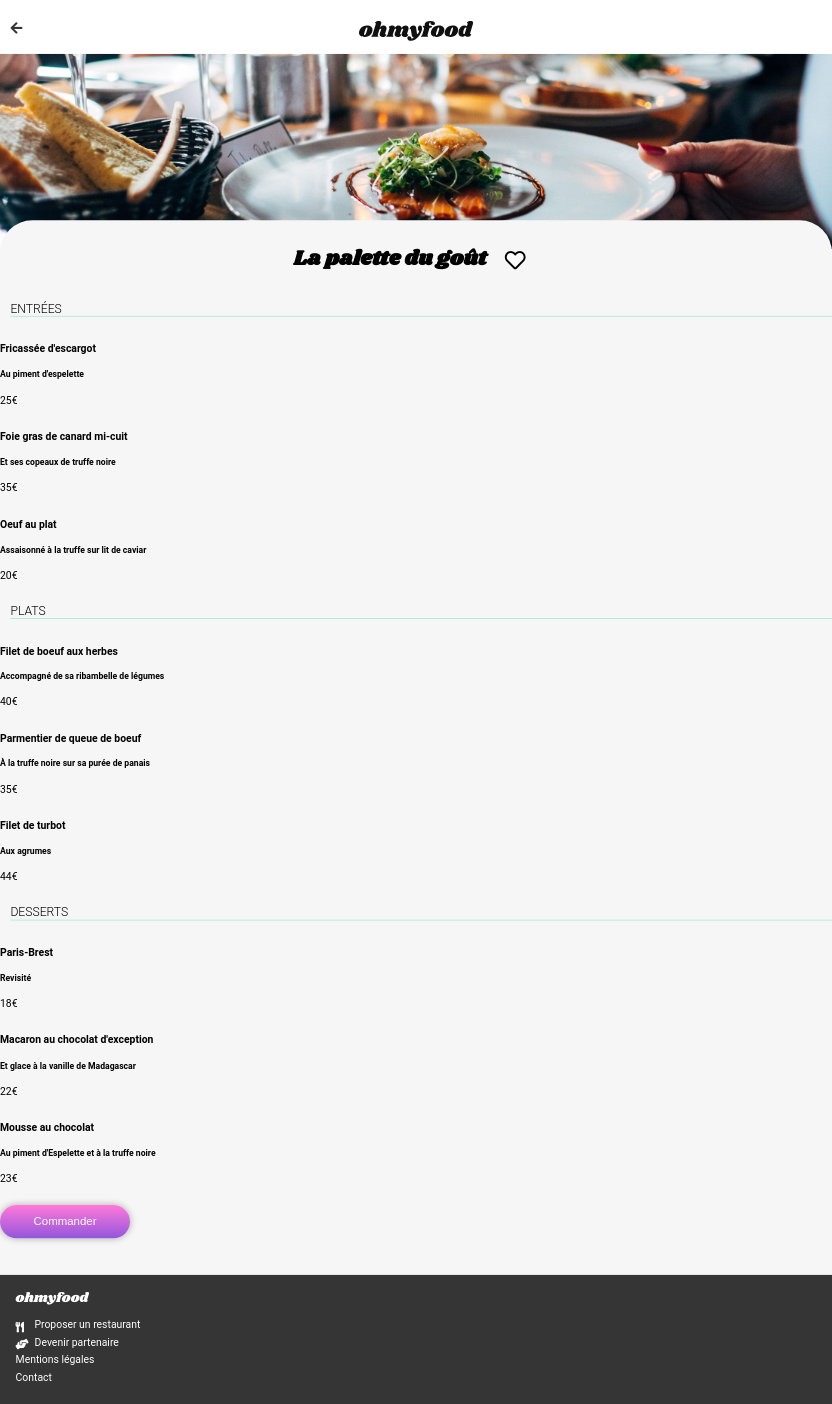
Repository: AlexisTisserand/AlexisTisserand_3_24112020
Page: menu-la-palette-du-gout.html
These files come from the project's save history. The page is drawn as it stood at one moment and after the next save; the edit follows.
The browser window is 1280 px wide. The pictures show the whole page, at 65% of full size.
Some web libraries are served in a nearby version. The style sheet was rebuilt from its Sass, Less or Tailwind sources for each picture, by a compiler version that may differ from the author's.

Above is the page before, as saved 2020-12-02 17:16:34.

After the next save:
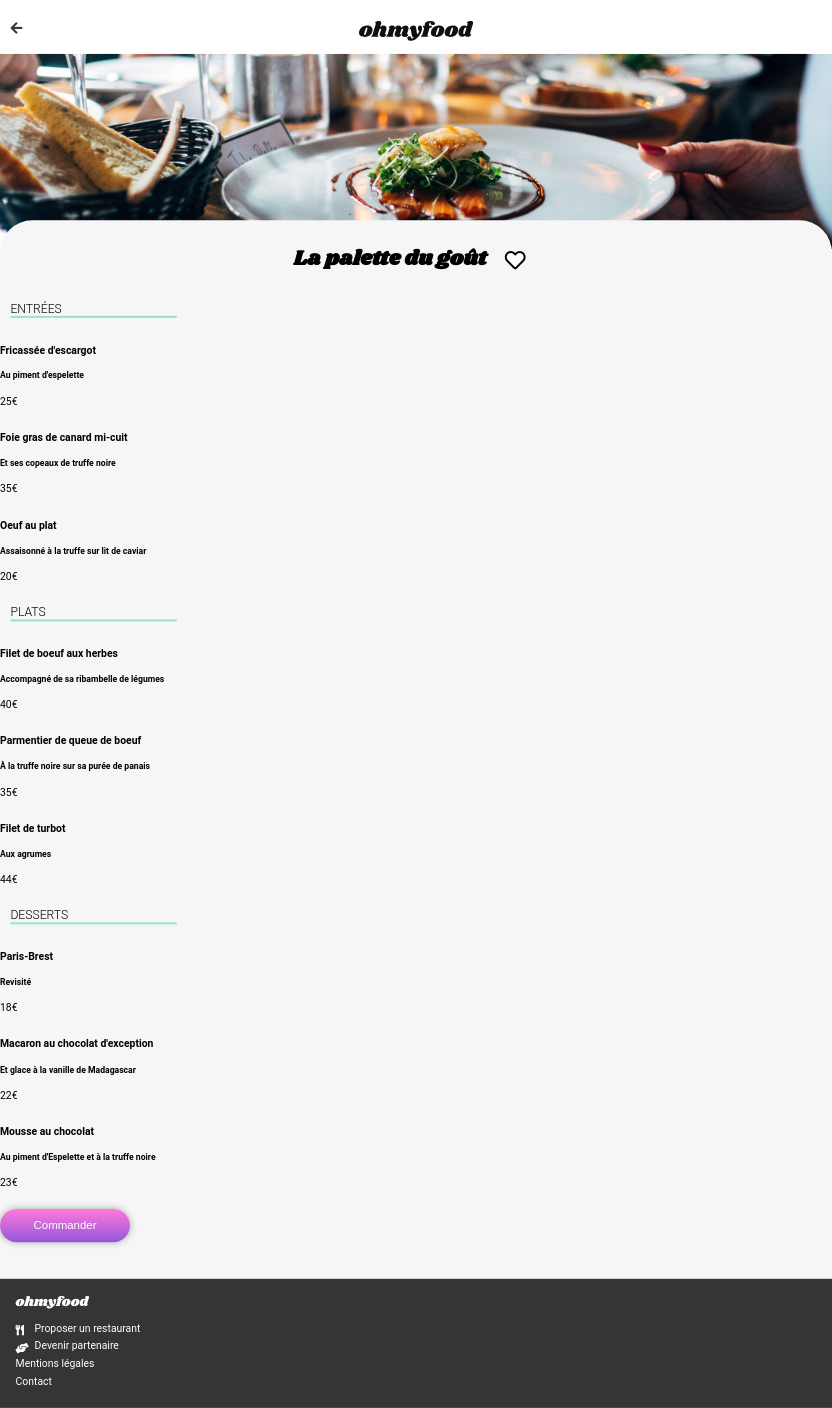
Saved 15 s later.
--- a/sass/style.scss
+++ b/sass/style.scss
@@ -424,7 +424,8 @@ header{
     h3{
         font-weight: 300;
         margin-left: $size;
-        border-bottom: $tertiary 1px solid;
+        border-bottom: $tertiary 3px solid;
+        width: 20%;
     }
     button{
         width: 200px;
